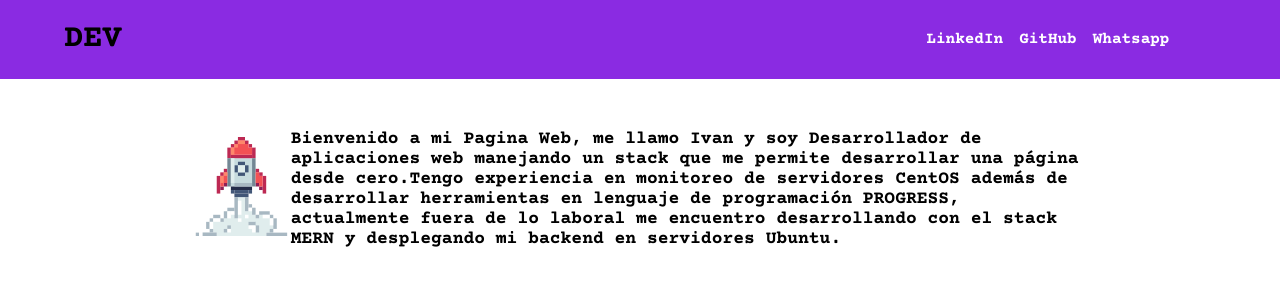
Repository: FxIvan/myweb
Page: /
The author's editor kept a copy of each file at every save. The page is drawn from the files as they stood at one save, then again after the next save.
The browser window is 1280 px wide. The pictures show the whole page.
The project was rebuilt for these pictures with package versions that can differ from the ones it lists, and the page was loaded fresh each time.

Above is the page before, as saved 2022-11-03 11:10:00.

After the next save:
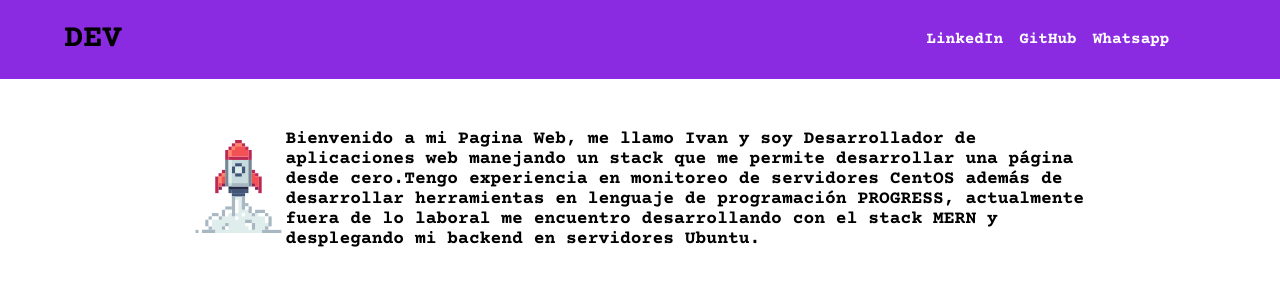
Saved 16 s later.
--- a/src/component/css/header.css
+++ b/src/component/css/header.css
@@ -47,12 +47,11 @@
 }
 
 .presentacion-img{
-
+    margin-right: 2rem;
 }
 
 .pesentacion-img img{
     width: 100%;
-    margin-right: 2rem;
 }
 
 .presentacion-text p{
